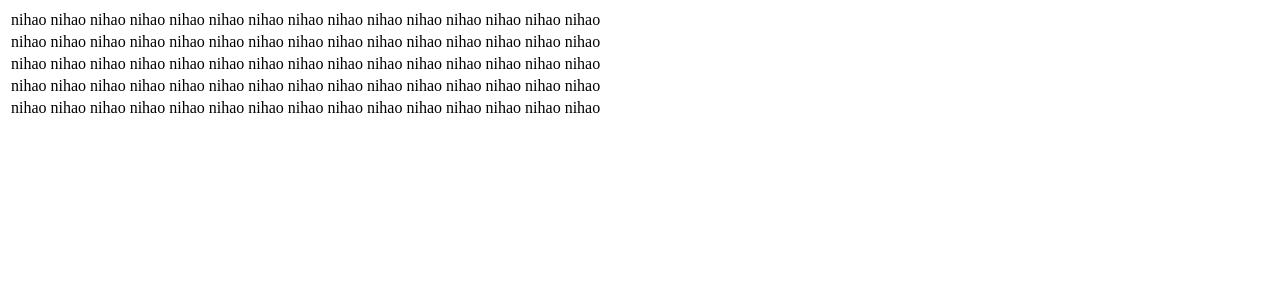
Repository: 728064001/MyProject
Page: http://localhost/CMS/test.jsp
The author's editor kept a copy of each file at every save. The page is drawn from the files as they stood at one save, then again after the next save.
The browser window is 1280 px wide. The pictures show the whole page.
The page is served by Tomcat 9.

Above is the page before, as saved 2013-08-05 03:36:53.

After the next save:
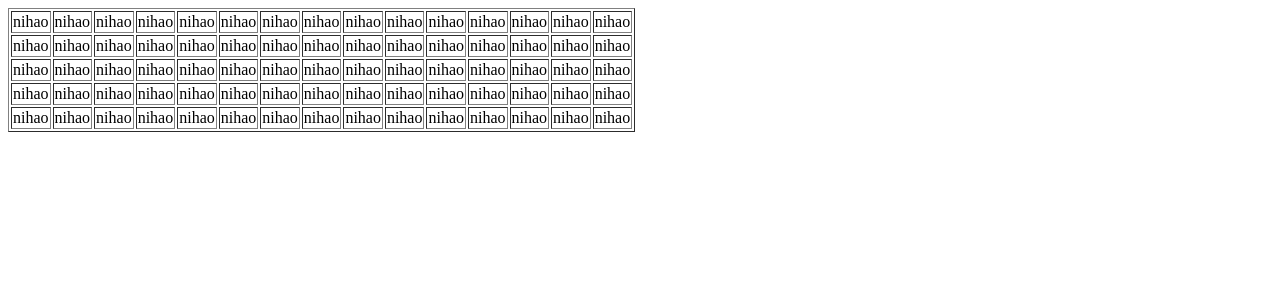
Saved 2 min 8 s later.
--- a/cms-server-code/CMS/WebRoot/test.jsp
+++ b/cms-server-code/CMS/WebRoot/test.jsp
@@ -26,6 +26,7 @@ String basePath = request.getScheme()+"://"+request.getServerName()+":"+request.
 		<script type="text/javascript">
 	$(function(){
 			var dom_table = $("<table></table>");
+			dom_table.attr("border","1px");
 		    for (var j = 0; j < 5; j++) {
 		        var dom_tr = $('<tr></tr>');
 		        for (var i = 0; i < 15; i++) {
